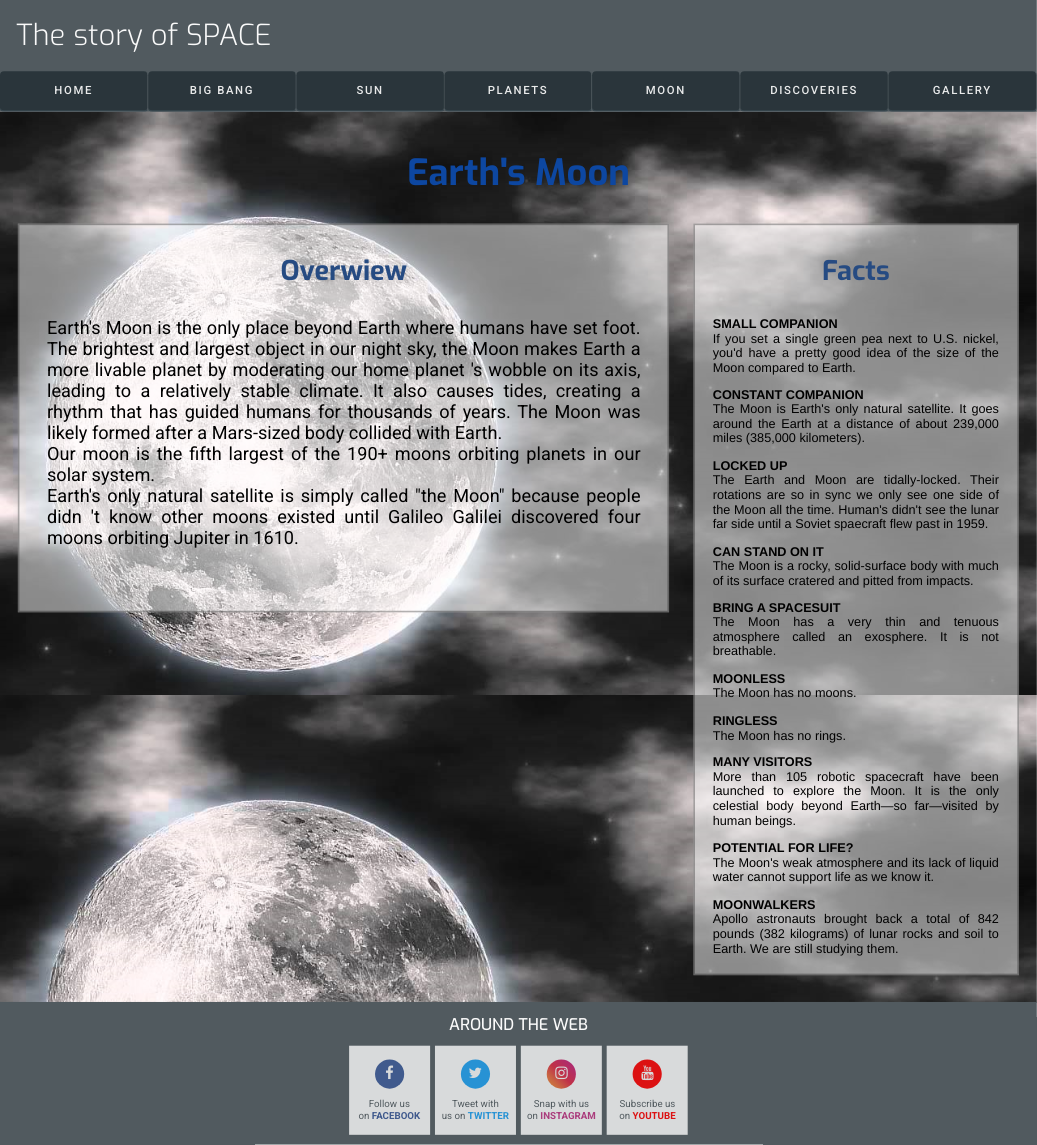
Repository: OlaQla/First-Milestones-Project
Page: main-sections/moon.html
The author's editor kept a record of every edit. The page is drawn from the files as they stood at one moment, then again after the next edit.
The browser window is 1280 px wide. The pictures show the whole page, at 81% of full size.
Backgrounds fixed to the window are drawn as part of the page.

Above is the page before.

### main-sections/moon.html
<!DOCTYPE html>
<html lang="en">

<head>
    <meta charset="UTF-8">
    <meta name="viewport" content="width=device-width, initial-scale=1.0">
    <meta http-equiv="X-UA-Compatible" content="ie=edge">
    <title>The story of space</title>
    <link rel="stylesheet" href="https://maxcdn.bootstrapcdn.com/font-awesome/4.7.0/css/font-awesome.min.css" type="text/css" />
    <link rel="stylesheet" href="../style_css/main.css" type="text/css" />
</head>

<body>
    <header class="header">

        <div class="title">
            <h1>The story of <span>space</span></h1>
        </div>

        <nav class="menu" id="main-menu">
            <button class="menu-toggle" id="toggle-menu"> toggle menu </button>
            <div class="menu-dropdown">
                <ul class="nav-menu">
                    <li class="item-color  menuitem"><a href="../index.html" class="home-button"><span >Home</span></a></li>
                    <li class="item-color  menuitem"><a href="../main-sections/bigbang.html" class="bigBang-button"><span >Big Bang</span></a></li>
                    <li class="item-color  menuitem"><a href="../main-sections/sun.html " class="sun-button"><span>Sun</span></a></li>

                    <div class=dropdown>
                        <li class="item-color menuitem"><a href="../main-sections/planets.html" class="planets-button"><span>Planets</span></a>
                        </li>
                        <ul class="dropdown-content">
                            <li class="dropdownItem"><a href="../subsections-planet/mercury.html" class="dropdownLink"><span>Mercury</span></a></li>
                            <li class="dropdownItem"><a href="../subsections-planet/venus.html" class="dropdownLink"><span>Venus</span></a></li>
                            <li class="dropdownItem"><a href="../subsections-planet/earth.html" class="dropdownLink"><span>Earth</span></a></li>
                            <li class="dropdownItem"><a href="../subsections-planet/mars.html" class="dropdownLink"><span>Mars</span></a></li>
                            <li class="dropdownItem"><a href="../subsections-planet/jupiter.html" class="dropdownLink"><span>Jupiter</span></a></li>
                            <li class="dropdownItem"><a href="../subsections-planet/saturn.html" class="dropdownLink"><span>Saturn</span></a></li>
                            <li class="dropdownItem"><a href="../subsections-planet/uranus.html" class="dropdownLink"><span>Uranus</span></a></li>
                            <li class="dropdownItem"><a href="../subsections-planet/neptune.html" class="dropdownLink"><span>Neptune</span></a></li>
                        </ul>
                    </div>

                    <li class="item-color menuitem"><a href="../main-sections/moon.html" class="moon-button"><span>Moon</span></a></li>
                    <li class="item-color menuitem"><a href="../main-sections/discoveries.html" class="discoverires-button"><span >Discoveries</span></a></li>
                    <li class="item-color menuitem"><a href="../main-sections/gallery.html" class="gallery-button"><span>Gallery</span></a></li>
                </ul>
            </div>
        </nav>

    </header>

    <section class="section-background">

        <div class="em module">

            <h2>Earth's Moon</h2>

            <!----------------------------- Section about Earth 's moon-------------->

            <div class="columns-wrap">
                <div class="left-column">
                    <div class="overwiew">
                        <h4>Overwiew</h4>
                        <p>Earth's Moon is the only place beyond Earth where humans have set foot. The brightest and largest object in our night sky, the Moon makes Earth a more livable planet by moderating our home planet 's wobble on its axis, leading
                            to a relatively stable climate. It also causes tides, creating a rhythm that has guided humans for thousands of years. The Moon was likely formed after a Mars-sized body collided with Earth.</br>
                            Our moon is the fifth largest of the 190+ moons orbiting planets in our solar system.</br>Earth's only natural satellite is simply called "the Moon" because people didn 't know other moons existed until Galileo Galilei discovered
                            four moons orbiting Jupiter in 1610.
                        </p>
                    </div>
                </div>
                <!------------------------------Section Facts about moon----------------->

                <div class="right-colunm">
                    <h4>Facts</h4>
                    <ul>
                        <li><span>small companion</span></br> If you set a single green pea next to U.S. nickel, you'd have a pretty good idea of the size of the Moon compared to Earth.</li>
                        <li><span>constant companion</span></br>The Moon is Earth's only natural satellite. It goes around the Earth at a distance of about 239,000 miles (385,000 kilometers).</li>
                        <li><span>locked up</span></br> The Earth and Moon are tidally-locked. Their rotations are so in sync we only see one side of the Moon all the time. Human's didn't see the lunar far side until a Soviet spaecraft flew past in 1959.</li>
                        <li><span>can stand on it</span></br>The Moon is a rocky, solid-surface body with much of its surface cratered and pitted from impacts.</li>
                        <li><span>BRING A SPACESUIT</span></br>The Moon has a very thin and tenuous atmosphere called an exosphere. It is not breathable.</li>
                        <li><span>MOONLESS</span></br>The Moon has no moons.</li>
                        <li><span>RINGLESS</span></br>The Moon has no rings.</li>
                        <li><span>MANY VISITORS</span></br>More than 105 robotic spacecraft have been launched to explore the Moon. It is the only celestial body beyond Earth—so far—visited by human beings.</li>
                        <li><span>POTENTIAL FOR LIFE?</span></br>The Moon's weak atmosphere and its lack of liquid water cannot support life as we know it.</li>
                        <li><span>MOONWALKERS</span></br>Apollo astronauts brought back a total of 842 pounds (382 kilograms) of lunar rocks and soil to Earth. We are still studying them.</li>

                    </ul>
                </div>
            </div>

        </div>


    </section>

    <footer>
        <div class="conteiner-footer clearfix">



            <div class="section-media">
                <h5 class="uppercase general-sub">Around The Web</h5>
                <ul class="social-links">
                    <li class="list-item">
                        <a target="_blank" href="https://www.facebook.com/NASA/">
                            <i class="fa fa-facebook facebook-icon" aria-hidden="true"></i>
                            <span class="sr-only">Facebook</span>
                        </a>
                        <p>Follow us </br> on <span class="facebook-text">facebook</span></p>
                    </li>
                    <li class="list-item">
                        <a target="_blank" href="https://twitter.com/nasa">
                            <i class="fa fa-twitter twitter-icon" aria-hidden="true"></i>
                            <span class="sr-only">Twitter</span>
                        </a>
                        <p>Tweet with </br> us on <span class="twitter-text">twitter</span></p>
                    </li>

                    <li class="list-item">
                        <a target="_blank" href="https://www.instagram.com/nasa/">
                            <i class="fa fa-instagram insta-icon" aria-hidden="true"></i>
                            <span class="sr-only">Instagram</span>
                        </a>
                        <p>Snap with us </br> on <span class="insta-text">Instagram</span></p>
                    </li>
                    <li class="list-item">
                        <a target="_blank" href="https://www.youtube.com/channel/UCLA_DiR1FfKNvjuUpBHmylQ">
                            <i class="fa fa-youtube youtube-icon" aria-hidden="true"></i>
                            <span class="sr-only">YouTube</span>
                        </a>
                        <p>Subscribe us </br> on <span class="youtube-text">YouTube</span></p>
                    </li>
                </ul>
            </div>
        </div>
    </footer>
    <script type="text/javascript">
        (function() {
            var button = document.getElementById('toggle-menu');
            button.addEventListener('click', function(event) {
                event.preventDefault();
                var menu = document.getElementById('main-menu');
                menu.classList.toggle('is-open');

            });
        })();
    </script>
</body>

</html>

Loaded but not shown: style_css/main.css (1542 lines, source omitted)

After the next edit:
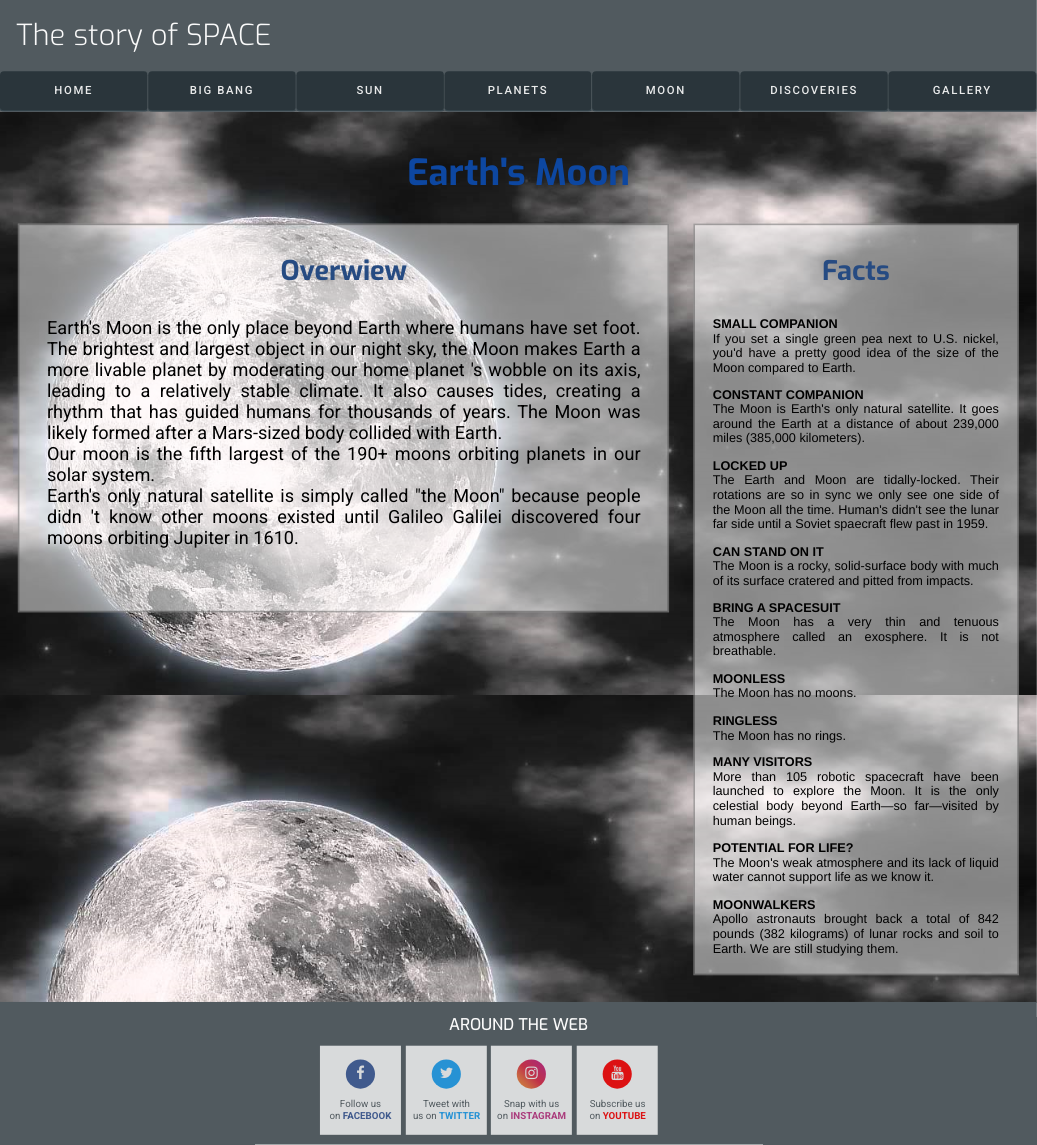
The edit:
--- a/main-sections/moon.html
+++ b/main-sections/moon.html
@@ -93,29 +93,34 @@
 
     </section>
 
-    <footer>
+     <footer>
         <div class="conteiner-footer clearfix">
 
 
 
             <div class="section-media">
                 <h5 class="uppercase general-sub">Around The Web</h5>
-                <ul class="social-links">
-                    <li class="list-item">
-                        <a target="_blank" href="https://www.facebook.com/NASA/">
+
+                <!------------------------  links to social media  ---------------------->
+
+                <ul class="social-links flex-con">
+                    <div class="sec1">
+                        <li class="list-item">
+                            <a target="_blank" href="https://www.facebook.com/NASA/">
                             <i class="fa fa-facebook facebook-icon" aria-hidden="true"></i>
                             <span class="sr-only">Facebook</span>
                         </a>
-                        <p>Follow us </br> on <span class="facebook-text">facebook</span></p>
-                    </li>
-                    <li class="list-item">
-                        <a target="_blank" href="https://twitter.com/nasa">
+                            <p>Follow us </br> on <span class="facebook-text">facebook</span></p>
+                        </li>
+                        <li class="list-item">
+                            <a target="_blank" href="https://twitter.com/nasa">
                             <i class="fa fa-twitter twitter-icon" aria-hidden="true"></i>
                             <span class="sr-only">Twitter</span>
                         </a>
-                        <p>Tweet with </br> us on <span class="twitter-text">twitter</span></p>
-                    </li>
-
+                            <p>Tweet with </br> us on <span class="twitter-text">twitter</span></p>
+                        </li>
+                    </div>
+                    <sec2>
                     <li class="list-item">
                         <a target="_blank" href="https://www.instagram.com/nasa/">
                             <i class="fa fa-instagram insta-icon" aria-hidden="true"></i>
@@ -130,6 +135,7 @@
                         </a>
                         <p>Subscribe us </br> on <span class="youtube-text">YouTube</span></p>
                     </li>
+                    </sec2>
                 </ul>
             </div>
         </div>
